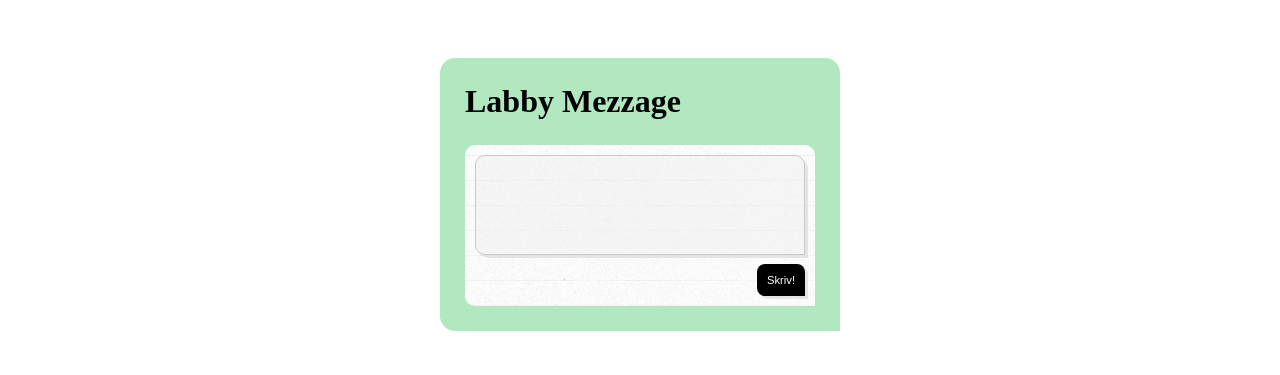
Repository: lw222gu/1dv403-laborationer
Page: 2-labbymezzage/index.html
The author's editor kept a record of every edit. The page is drawn from the files as they stood at one moment, then again after the next edit.
The browser window is 1280 px wide. The pictures show the whole page.
Some web fonts or font styles are not loaded; a fallback is used.

Above is the page before.

After the next edit:
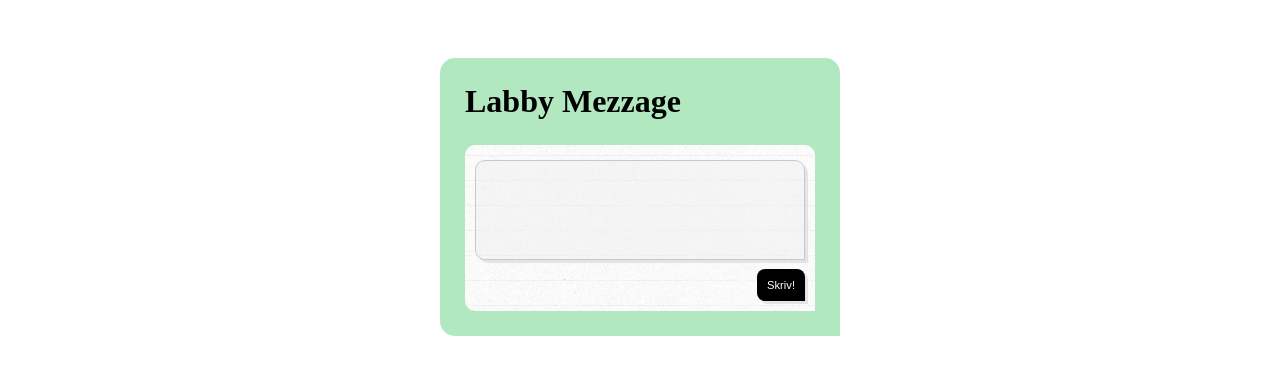
The edit:
--- a/2-labbymezzage/css/style.css
+++ b/2-labbymezzage/css/style.css
@@ -46,7 +46,7 @@
     margin-bottom:10px;
 }
 
-.datetext {
+#counter, .datetext {
     font-family:Arial, sans-serif;
     font-size:0.7em;
     text-align:right;
